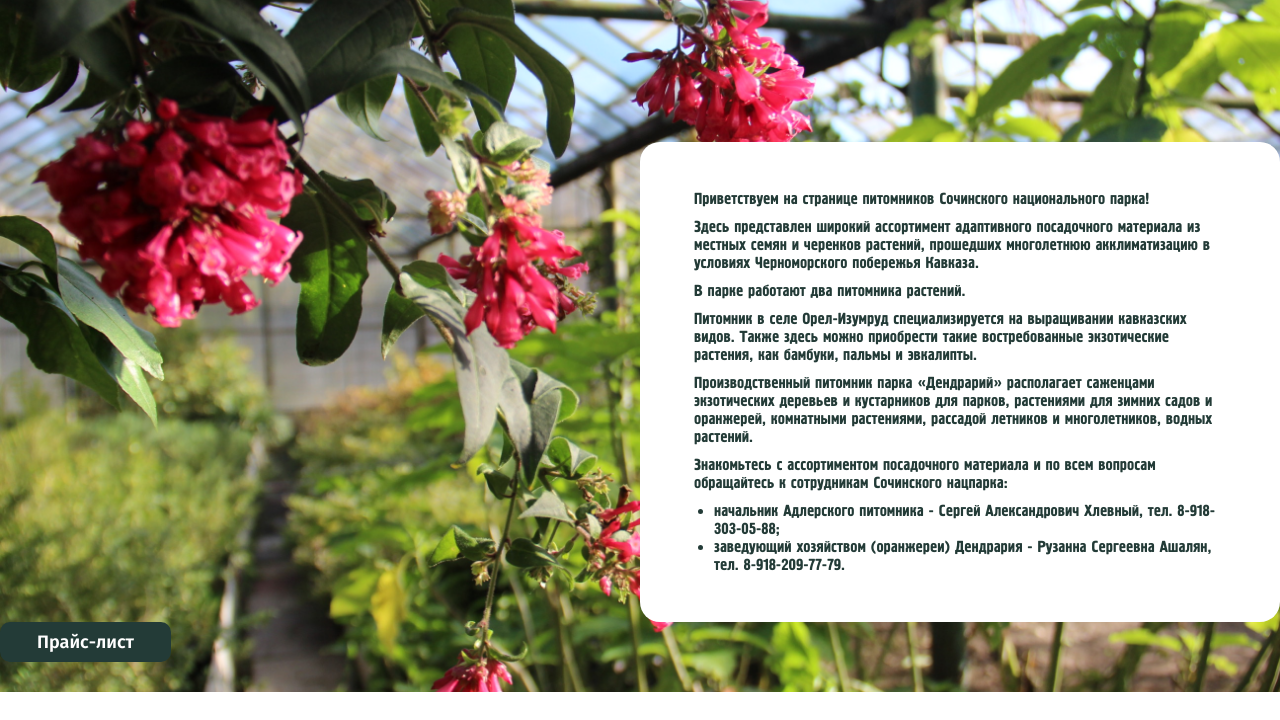
Repository: sem1103/np-sochi
Page: index.html
An editor plug-in stored every save of this project. The page is shown before and after the next save, followed by the edit.
The browser window is 1280 px wide. The pictures show the whole page.

Above is the page before, as saved 2024-01-17 19:59:21.

### index.html
<!DOCTYPE html>
<html lang="en">
<head>
    <meta charset="UTF-8">
    <meta name="viewport" content="width=device-width, initial-scale=1.0">
    <title>Сочинский Национальный Парк</title>

    <link rel="stylesheet" href="styles/reset.css">
    <link rel="stylesheet" href="styles/main.css">
</head>
<body>
    <div id="page">
        <header></header>

        <main>
            <div class="top__text container">
                <div>
                    <p>
                        Приветствуем на странице питомников Сочинского национального парка!
                    </p>
                    <p>
                        Здесь представлен широкий ассортимент адаптивного посадочного материала из местных семян и черенков растений, прошедших многолетнюю акклиматизацию в условиях Черноморского побережья Кавказа.
                    </p>
                    <p>
                        В парке работают два питомника растений.
                    </p>
                    <p>
                        Питомник в селе Орел-Изумруд специализируется на выращивании кавказских видов. Также здесь можно приобрести такие востребованные экзотические растения, как бамбуки, пальмы и эвкалипты.
                    </p>
                    <p>
                        Производственный питомник парка «Дендрарий» располагает саженцами экзотических деревьев и кустарников для парков, растениями для зимних садов и оранжерей, комнатными растениями, рассадой летников и многолетников, водных растений.
                    </p>
                    <p>
                        Знакомьтесь с ассортиментом посадочного материала и по всем вопросам обращайтесь к сотрудникам Сочинского нацпарка:
                    </p>
                    <ul>
                        <li>начальник Адлерского питомника - Сергей Александрович Хлевный, тел. <a href="tel:+79183030588">8-918-303-05-88</a>;</li>
                        <li>заведующий хозяйством (оранжереи) Дендрария - Рузанна Сергеевна Ашалян, тел. 8-918-209-77-79.</li>
                    </ul>
                </div>
                <button class="price__list">Прайс-лист</button>
            </div>
        </main>

        <footer></footer>
    </div>
</body>
</html>

### styles/reset.css

:root{
    --gray: #233B37;
}
html{
    scroll-behavior: smooth;
}
html,
body,
div,
span,
applet,
object,
iframe,
h1,
h2,
h3,
h4,
h5,
h6,
p,
blockquote,
pre,
a,
abbr,
acronym,
address,
big,
cite,
code,
del,
dfn,
em,
img,
ins,
kbd,
q,
s,
samp,
small,
strike,
strong,
sub,
sup,
tt,
var,
b,
u,
i,
center,
dl,
dt,
dd,
ol,
ul,
li,
fieldset,
form,
label,
legend,
table,
caption,
tbody,
tfoot,
thead,
tr,
th,
td,
article,
aside,
canvas,
details,
embed,
figure,
figcaption,
footer,
header,
hgroup,
menu,
nav,
output,
ruby,
section,
summary,
time,
mark,
audio,
video {
    margin: 0;
    padding: 0;
    border: 0;
    font-size: 100%;
    font: inherit;
    vertical-align: baseline
}

article,
aside,
details,
figcaption,
figure,
footer,
header,
hgroup,
menu,
nav,
section {
    display: block
}

body {
    line-height: 1;
    font-family: Hermes;
}

ol,
ul {
    list-style: none
}

blockquote,
q {
    quotes: none
}

blockquote:before,
blockquote:after,
q:before,
q:after {
    content: '';
    content: none
}

table {
    border-collapse: collapse;
    border-spacing: 0
}

a {
    text-decoration: none;
    color: var(--gray);
    transition: all .3s ease-in-out
}

a:hover {
    color: #365edc;
}

* {
    box-sizing: border-box
}




.active__menu{
    opacity: .7;
    color: var(--gray);
}
#page{
    min-height: 100vh;
}

.container{
    max-width: 1160px;
    margin: auto;
    padding: 0 15px;
}
main img{
    width: 100%;
    height: auto;
}

### styles/main.css
@import url('https://fonts.googleapis.com/css2?family=Fira+Sans:wght@600&display=swap');
@font-face {
    font-family: 'Hermes';
    src: url('font/hermes.ttf'),
    url(font/hermes.woff),
    url(font/hermes.woff2) ;

}

.container{
    max-width: 1652px;
    margin: 0 auto;
}
main{
    background: url(../img/main-bg.png) center/cover;
}
p, li{
    font: 16px 'Hermes';
    color: var(--gray);
}
p{
    margin: 0 0 10px 0;
}
.top__text{
    padding: 142px 0 30px 0;
}
.top__text > div{
    padding: 48px 54px;
    background-color: #fff;
    width: 50%;
    margin: 0 0 0 auto;
    border-radius: 20px;
}
li{
    list-style: disc;
    margin: 0 0 0 20px;
}
.price__list{
    padding: 9px 37px;
    font: 600 18px 'Fira Sans';
    margin: 0;
    background: var(--gray);
    color: #fff;
    border: 0;
    border-radius: 10px;
}

After the next save:
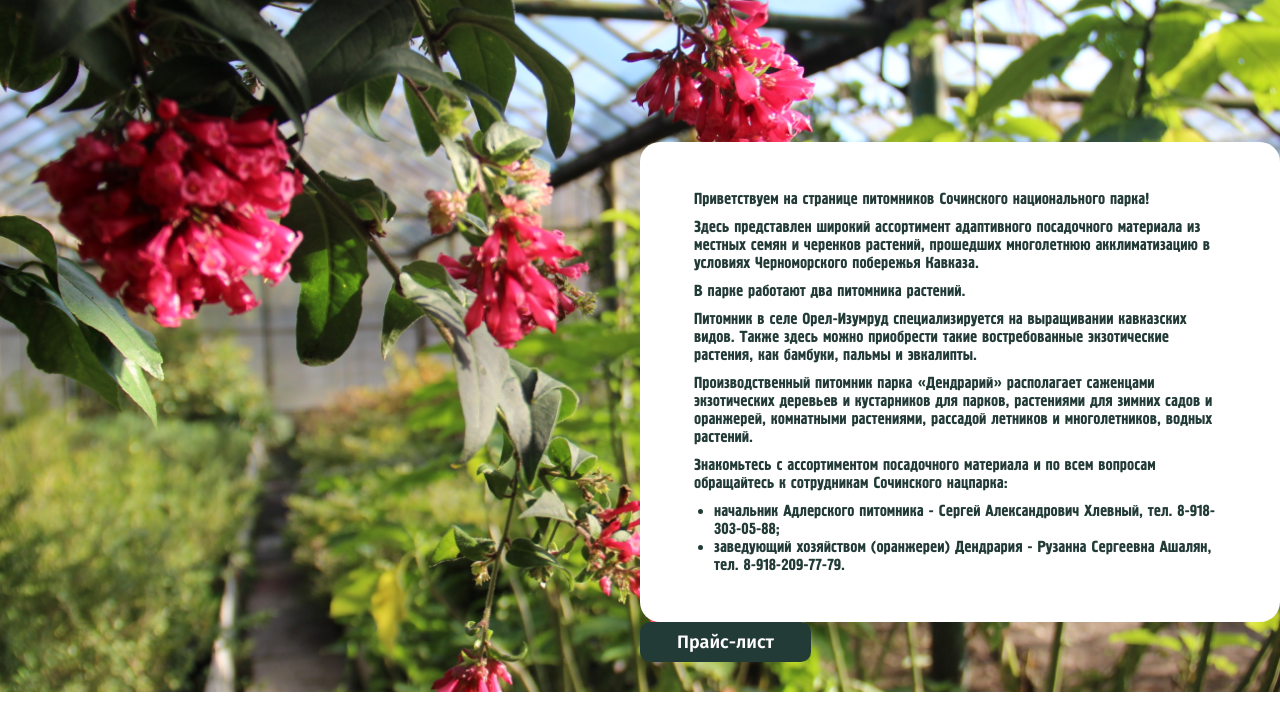
Saved 31 s later.
--- a/styles/main.css
+++ b/styles/main.css
@@ -23,12 +23,13 @@
 }
 .top__text{
     padding: 142px 0 30px 0;
+    width: 50%;
+    margin: 0 0 0 auto;
+
 }
 .top__text > div{
     padding: 48px 54px;
     background-color: #fff;
-    width: 50%;
-    margin: 0 0 0 auto;
     border-radius: 20px;
 }
 li{

After the save that followed:
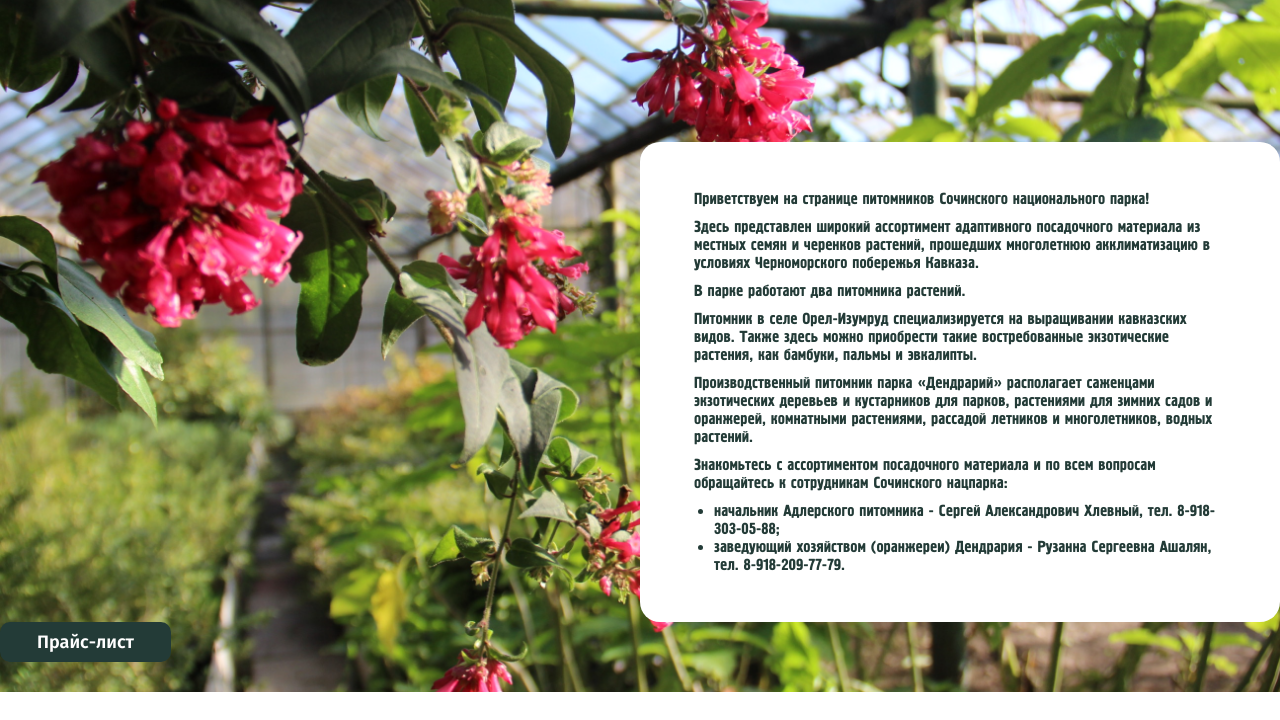
Saved 13 s later.
--- a/styles/main.css
+++ b/styles/main.css
@@ -23,13 +23,12 @@
 }
 .top__text{
     padding: 142px 0 30px 0;
-    width: 50%;
-    margin: 0 0 0 auto;
-
 }
 .top__text > div{
     padding: 48px 54px;
     background-color: #fff;
+    width: 50%;
+    margin: 0 0 0 auto;
     border-radius: 20px;
 }
 li{
